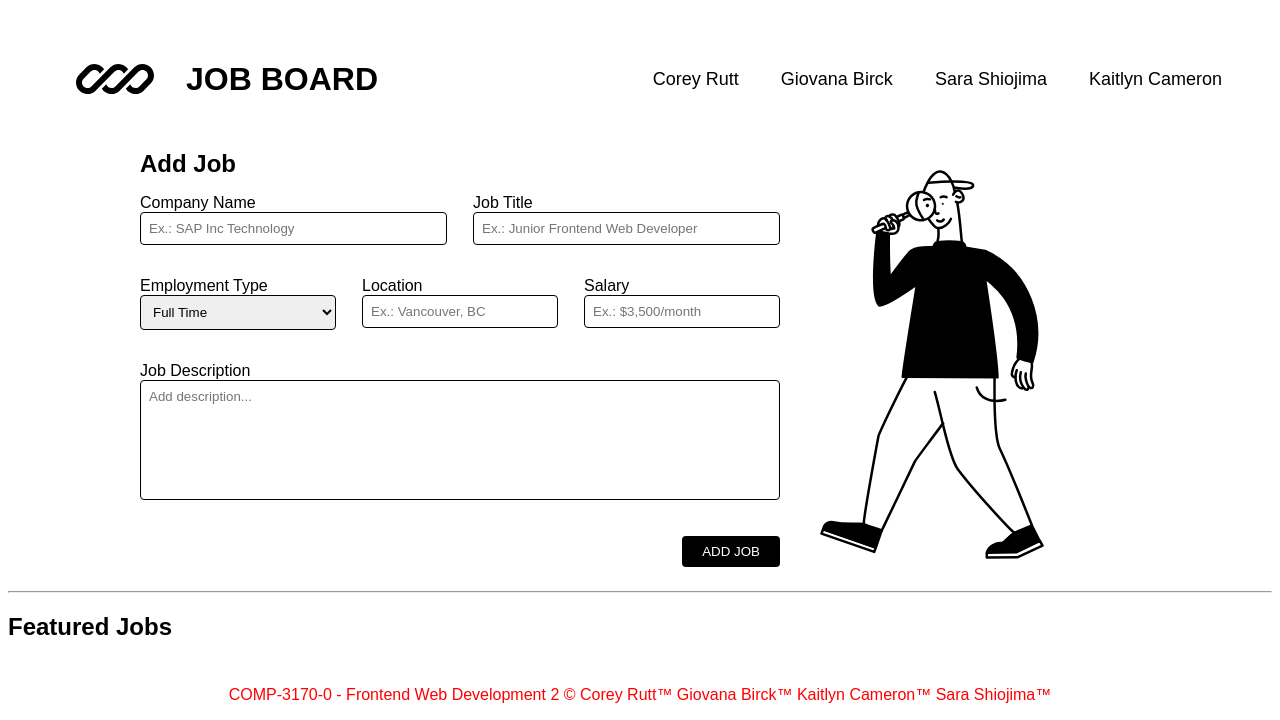
Repository: kcameron37/Final-Project-FrontEnd
Page: /
An editor plug-in stored every save of this project. The page is shown before and after the next save, followed by the edit.
The browser window is 1280 px wide. The pictures show the whole page.
The project was rebuilt for these pictures with package versions that can differ from the ones it lists, and the page was loaded fresh each time.

Above is the page before, as saved 2023-11-14 21:37:37.

After the next save:
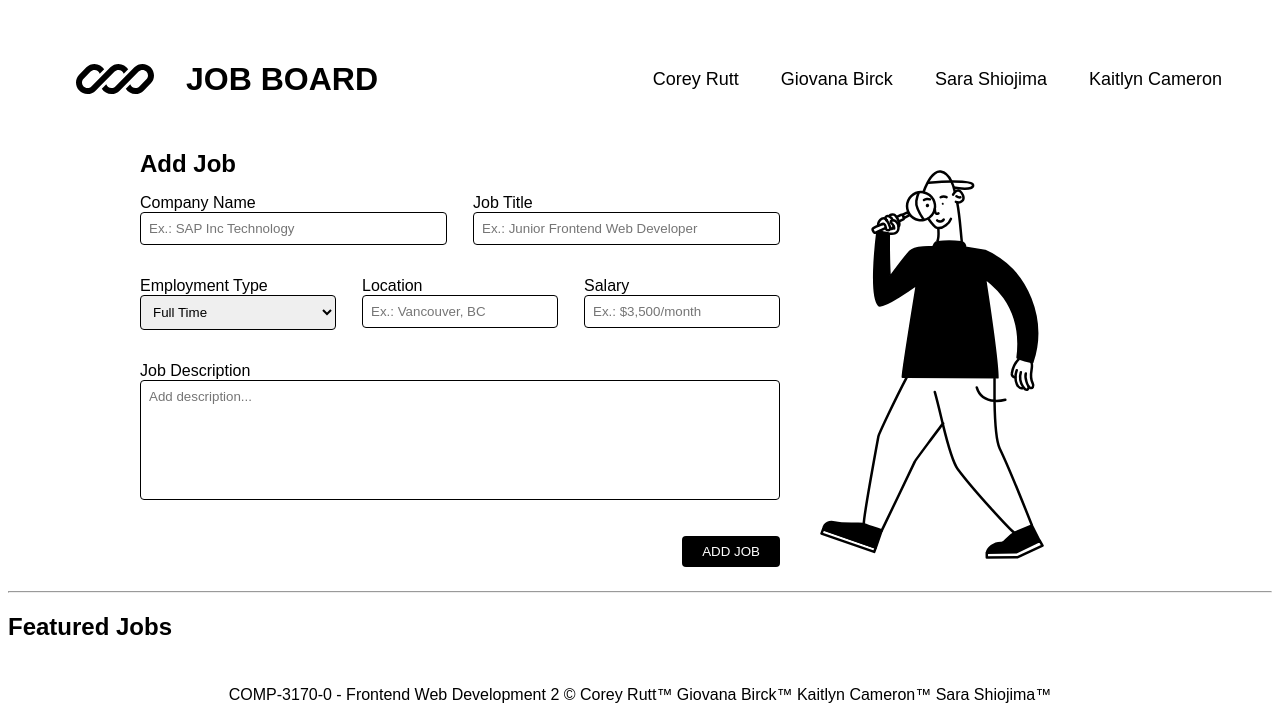
Saved 6 s later.
--- a/src/styles.css
+++ b/src/styles.css
@@ -5,7 +5,6 @@
 /* Add this to your CSS file */
 .footer {
   position: fixed;
-  color: red;
   left: 0;
   bottom: 0;
   width: 100%;
